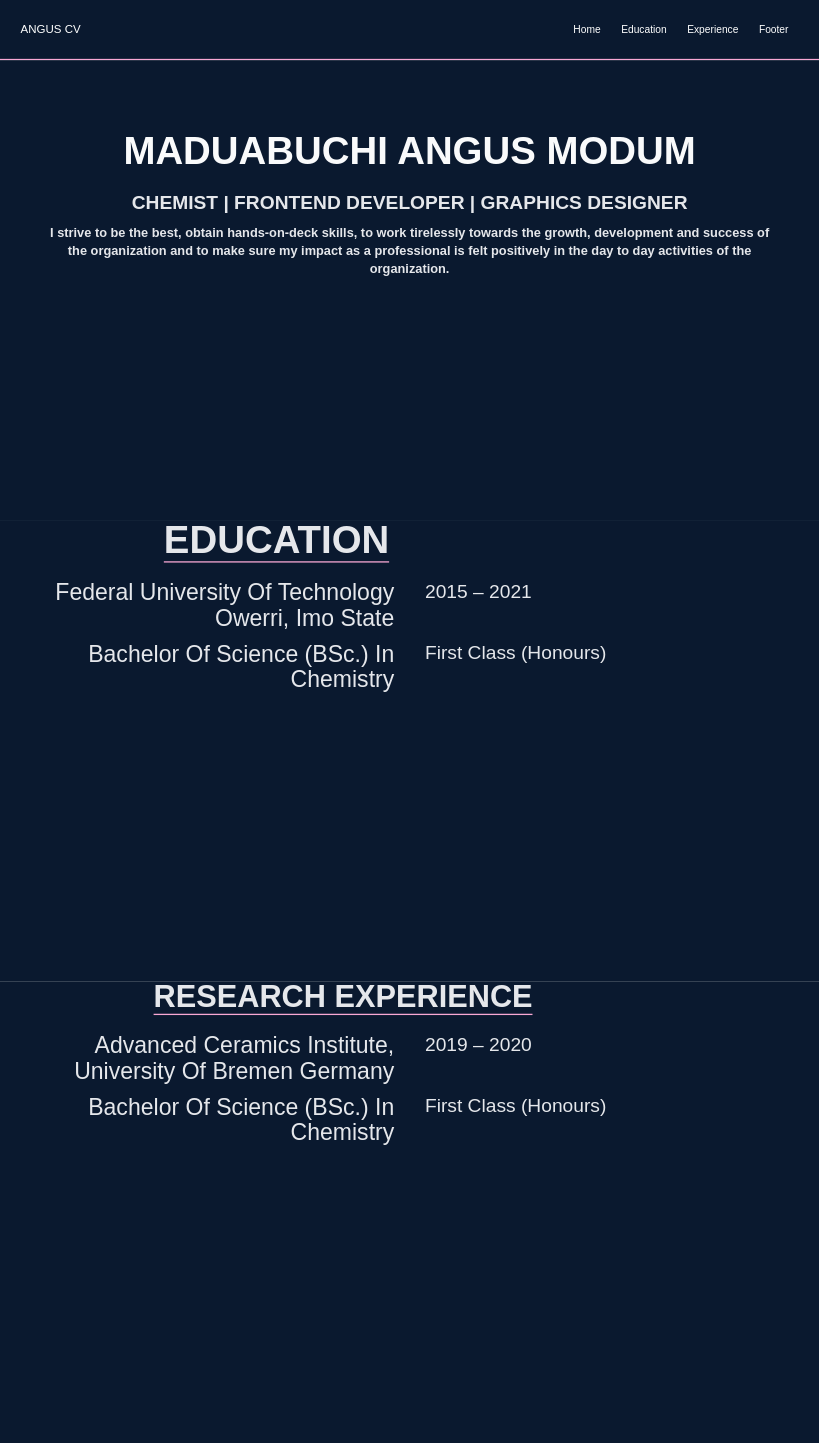
Repository: AngusOnyebuchi/AngusOnyebuchi.github.io
Page: /
The author's editor kept a copy of each file at every save. The page is drawn from the files as they stood at one save, then again after the next save.
The browser window is 1280 px wide. The pictures show the whole page, at 64% of full size.
The project was rebuilt for these pictures with package versions that can differ from the ones it lists, and the page was loaded fresh each time.

Above is the page before, as saved 2022-04-17 20:10:55.

### public/index.html
<!DOCTYPE html>
<html lang="en">
  <head>
    <meta charset="utf-8" />
    <link rel="icon" href="%PUBLIC_URL%/favicon.ico" />
    <meta name="viewport" content="width=device-width, initial-scale=1" />
    <meta name="theme-color" content="#000000" />
    <meta
      name="description"
      content="Web site created using create-react-app"
    />
    <link rel="apple-touch-icon" href="%PUBLIC_URL%/logo192.png" />
    <!--
      manifest.json provides metadata used when your web app is installed on a
      user's mobile device or desktop. See https://developers.google.com/web/fundamentals/web-app-manifest/
    -->
    <link rel="manifest" href="%PUBLIC_URL%/manifest.json" />
    <!--
      Notice the use of %PUBLIC_URL% in the tags above.
      It will be replaced with the URL of the `public` folder during the build.
      Only files inside the `public` folder can be referenced from the HTML.

      Unlike "/favicon.ico" or "favicon.ico", "%PUBLIC_URL%/favicon.ico" will
      work correctly both with client-side routing and a non-root public URL.
      Learn how to configure a non-root public URL by running `npm run build`.
    -->
    <title>Angus CV </title>
  </head>
  <body>
    <noscript>You need to enable JavaScript to run this app.</noscript>
    <div id="root"></div>
    <!--
      This HTML file is a template.
      If you open it directly in the browser, you will see an empty page.

      You can add webfonts, meta tags, or analytics to this file.
      The build step will place the bundled scripts into the <body> tag.

      To begin the development, run `npm start` or `yarn start`.
      To create a production bundle, use `npm run build` or `yarn build`.
    -->
  </body>
</html>

### src/index.js
import React from "react";
import ReactDOM from "react-dom";
import "./style.css"
import App from "./App";

ReactDOM.render(<App/>, document.getElementById("root"))

### src/style.css
@tailwind base;
@tailwind components;
@tailwind utilities;

@layer base {
    body{
        @apply font-[Sans-serif];
    }
    li {
        @apply px-4;
        @apply cursor-pointer;
    }
}

### src/App.js
import React from "react";
import Home from "./components/Home"
import Education from "./components/Education";
import Experience from "./components/Experience";
import NavBar from "./components/NavBar";

export default function App() {
  return (
    <div>
      <NavBar/>
      <Home/>
      <Education/>
      <Experience/>
    </div>
  )
}

### src/components/Home.js
import React from "react";
import {FaWhatsapp, FaLocationArrow, FaSearchLocation} from "react-icons/fa"
import {HiOutlineMail} from "react-icons/hi"

export default function Home() {
    return (
        <div className="w-full h-screen p-4 bg-[#0a192f] text-gray-200">
            <h1 className="text-4xl md:text-6xl font-bold uppercase pt-24 text-center text-gray-50">Maduabuchi Angus Modum</h1>
            <h3 className="text-xl md:text-3xl font-bold uppercase pt-8 text-center">Chemist  |  Frontend Developer  |  Graphics Designer</h3>
            <p className="font-bold text-center justify-center text-lg md:text-xl max-w-[1200px] mx-12 mt-4">I strive to be the best, obtain hands-on-deck skills,
                to work tirelessly towards the growth, development and success of the organization and to make sure my impact
                as a professional is felt positively in the day to day activities of the organization.</p>

        </div>
    )
}

### src/components/Education.js
import React from "react";

export default function Education() {
    return(
        <div className="bg-[#0a192f] w-full h-screen text-gray-200">
            <h1 className="text-4xl md:text-6xl font-bold uppercase pt-24 text-center text-gray-200 inline border-b-2 border-pink-300 ml-24 sm:ml-64">Education</h1>
            <div className="grid grid-cols-2 gap-12 mx-16 pt-8 ">
                <h3 className="capitalize text-xl md:text-4xl text-right">Federal university of technology owerri, Imo state</h3>
                <h4 className="text-lg md:text-3xl ">2015 – 2021</h4>
            </div>
            <div className="grid grid-cols-2 gap-12 mx-16 pt-4">
                <h3 className="capitalize text-xl md:text-4xl text-right">Bachelor of Science (BSc.) in Chemistry</h3>
                <h4 className="text-lg md:text-3xl ">First Class (Honours)</h4>
            </div>
        </div>
    )
}

### src/components/Experience.js
import React from "react";

export default function Experience() {
    return(
        <div className="bg-[#0a192f] w-full h-screen text-gray-200">
            <h1 className="text-3xl md:text-5xl font-bold uppercase pt-24 text-center text-gray-200 inline border-b-2 border-pink-300 ml-12 sm:ml-60">research experience</h1>
            <div className="grid grid-cols-2 gap-12 mx-16 pt-8 ">
                <h3 className="capitalize text-xl md:text-4xl text-right">Advanced Ceramics Institute, University of Bremen Germany</h3>
                <h4 className="text-lg md:text-3xl ">2019 – 2020</h4>
            </div>
            <div className="grid grid-cols-2 gap-12 mx-16 pt-4">
                <h3 className="capitalize text-xl md:text-4xl text-right">Bachelor of Science (BSc.) in Chemistry</h3>
                <h4 className="text-lg md:text-3xl ">First Class (Honours)</h4>
            </div>
        </div>
    )
}

### src/components/NavBar.js
import React, {useState} from "react";
import {FaTimes, FaBars} from "react-icons/fa"

export default function NavBar() {

    const [nav, setNav] = useState(true)
    const toggle = () => setNav(!nav)

    return(
        <div className="bg-[#0a192f] text-white w-full p-8 flex justify-between items-center border-b-2 border-pink-300">
            <h1 className="uppercase text-lg">Angus CV</h1>

            <ul className=" hidden sm:flex justify-between">
                <li className="hover:border-b-2 border-pink-300 ">Home</li>
                <li className="hover:border-b-2 border-pink-300 ">Education</li>
                <li className="hover:border-b-2 border-pink-300 ">Experience</li>
                <li className="hover:border-b-2 border-pink-300 ">Footer</li>
            </ul>

            {/** Mobile list */}
            <div onClick={toggle} className="sm:hidden z-10">
                {nav ? <FaBars/> : <FaTimes/>}
            </div>
            <ul className={nav ? 'hidden' : 'absolute top-0 left-0 w-full h-screen bg-inherit flex flex-col justify-center items-center my-8 sm:hidden'}>
                    <li>Home</li>
                    <li>Education</li>
                    <li>Experience</li>
                    <li>Footer</li>
            </ul>
        </div>
    )
}

Loaded but not shown: tailwind.config.js (common file)

After the next save:
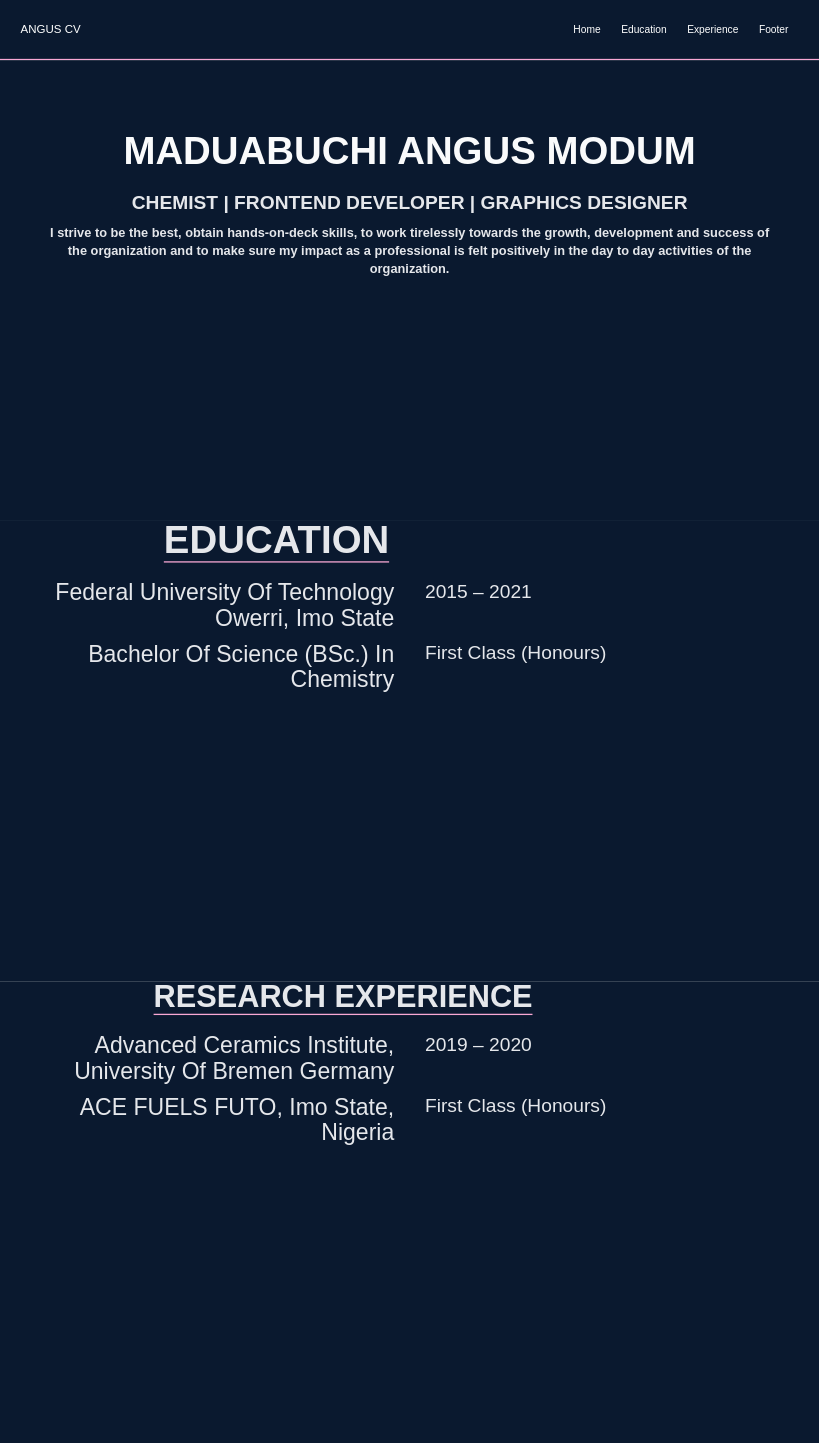
Saved 2 min 6 s later.
--- a/src/components/Experience.js
+++ b/src/components/Experience.js
@@ -9,7 +9,7 @@ export default function Experience() {
                 <h4 className="text-lg md:text-3xl ">2019 – 2020</h4>
             </div>
             <div className="grid grid-cols-2 gap-12 mx-16 pt-4">
-                <h3 className="capitalize text-xl md:text-4xl text-right">Bachelor of Science (BSc.) in Chemistry</h3>
+                <h3 className="capitalize text-xl md:text-4xl text-right">ACE FUELS FUTO, Imo state, Nigeria</h3>
                 <h4 className="text-lg md:text-3xl ">First Class (Honours)</h4>
             </div>
         </div>
